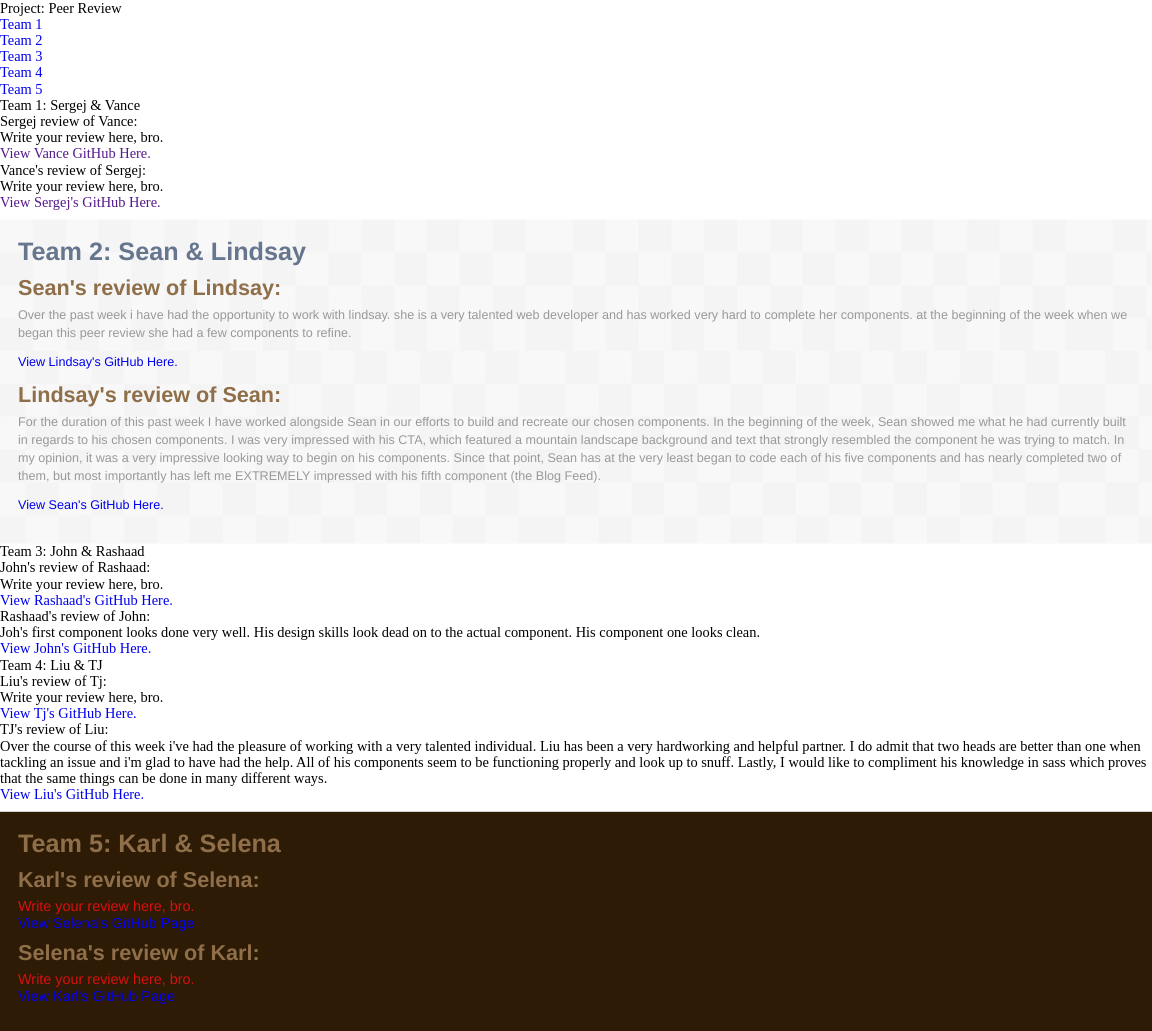
Repository: Smvargas787/WSP-2.5
Page: workspace 2/hello-world.html
The author's editor kept a record of every edit. The page is drawn from the files as they stood at one moment, then again after the next edit.
The browser window is 1280 px wide. The pictures show the whole page, at 90% of full size.
Some web libraries are served in a nearby version.

Above is the page before.

### workspace 2/hello-world.html
<!DOCTYPE html>
<html lang= "en">
	<head>
		<meta charset= "utf-8"/>
		<meta name="viewport" content="width=device-width, initial-scale=1, maximum-scale=1">
		<title>Project: Peer Review</title>

		<link href="css/reset.css" rel="stylesheet" type="text/css" />
		<link href="css/style.css" rel="stylesheet" type="text/css" />
	</head>


	<body>

		<header>
			<h1>Project: Peer Review</h1>
			<nav>
				<ul>
					<li><a href="#" class="link" data-this=".team1" data-last=".page">Team 1</a></li>
					<li><a href="#" class="link" data-this=".team2" data-last=".page">Team 2</a></li>
					<li><a href="#" class="link" data-this=".team3" data-last=".page">Team 3</a></li>
					<li><a href="#" class="link" data-this=".team4" data-last=".page">Team 4</a></li>
					<li><a href="#" class="link" data-this=".team5" data-last=".page">Team 5</a></li>
				</ul>
			</nav>
		</header>


<!-- 	Team 1 -->
		<section class="page team1">
			<h2>Team 1: Sergej & Vance</h2>

			<article>
				<h3>Sergej review of Vance:</h3>
				<p>Write your review here, bro.</p>
				<a href="" target="_blank">View Vance GitHub Here.</a>
			</article>

			<article>
			 	<h3>Vance's review of Sergej:</h3>
				<p>Write your review here, bro.</p>
				<a href="" target="_blank">View Sergej's GitHub Here.</a>
			</article>
        </section>
<!-- End Team 1 -->





<!-- 	Team 2 -->
		<section class="page team2">
			<h2>Team 2: Sean & Lindsay</h2>

			<article>
				<h3>Sean's review of Lindsay:</h3>
				<p>Over the past week i have had the opportunity to work with lindsay. she is a very talented web developer and has worked very hard
				to complete her components. at the beginning of the week when we began this peer review she had a few components to refine.
				</p>
				<a href="http://lindsayhampton.github.io/WSP/" target="_blank">View Lindsay's GitHub Here.</a>
			</article>

			<article>
			 	<h3>Lindsay's review of Sean:</h3>
				<p>For the duration of this past week I have worked alongside Sean in our efforts to build and recreate our chosen components.
				In the beginning of the week, Sean showed me what he had currently built in regards to his chosen components. I was very impressed with his CTA,
				which featured a mountain landscape background and text that strongly resembled the component he was trying to match. In my opinion, it was a
				very impressive looking way to begin on his components. Since that point, Sean has at the very least began to code each of his five components and
				has nearly completed two of them, but most importantly has left me EXTREMELY impressed with his fifth component (the Blog Feed). </p>
				<a href="http://seanedw1.github.io/wsp_edwards_sean/index.html" target="_blank">View Sean's GitHub Here.</a>
			</article>

		</section>
<!-- End Team 2 -->




<!-- 	Team 3 -->
		<section class="page team3">
			<h2>Team 3: John & Rashaad</h2>
			<article>
				<h3>John's review of Rashaad:</h3>
				<p>Write your review here, bro.</p>
				<a href="http://mangenius200.github.io/WSP/wsp_project-master/index.html" target="_blank">View Rashaad's GitHub Here.</a>
			</article>

			<article>
			 	<h3>Rashaad's review of John:</h3>
				<p>Joh's first component looks done very well. His design skills look dead on to the actual component. His component one looks clean.


				</p>
				<a href="http://johnkunkle1987.github.io/Web-Standards-Project/week_1_project/" target="_blank">View John's GitHub Here.</a>
			</article>
		</section>
<!-- End Team 3 -->





<!-- 	Team 4 -->
		<section class="page team4">
			<h2>Team 4: Liu  & TJ</h2>
			<article>
				<h3>Liu's review of Tj:</h3>
				<p>Write your review here, bro.</p>
				<a href="http://fs-timothymccoy.github.io/WSP/ProjectPlanning/index.html" target="_blank">View Tj's GitHub Here.</a>
			</article>

			<article>
			 	<h3>TJ's review of Liu:</h3>
				<p>Over the course of this week i've had the pleasure of working with a very talented individual. Liu has been a very hardworking and helpful partner. I do admit that two heads are better than one when tackling an issue and i'm glad to have had the help. All of his components seem to be functioning properly and look up to snuff. Lastly, I would like to compliment his knowledge in sass which proves that the same things can be done in many different ways.</p>
				<a href="http://maumasi.github.io/WSP_082015/" target="_blank">View Liu's GitHub Here.</a>
			</article>

    	</section>
<!-- End Team 4 -->


<!-- 	Team 5 -->
		<section class="page team5">
			<h2>Team 5: Karl & Selena</h2>
			<article>
				<h3>Karl's review of Selena:</h3>
				<p>Write your review here, bro.</p>
				<a href="http://smvargas787.github.io/WSP-2.5/index.html" target="_blank">View Selena's GitHub Page</a>
			</article>

			<article>
			 	<h3>Selena's review of Karl:</h3>
				<p>Write your review here, bro.</p>
			    <a href="http://kjrohr.github.io/wps_project/blog/index.html" target="_blank">View Karl's GitHub Page</a>
			</article>




		</section>
<!-- End Team 5 -->




<!-- jquery -->
		<script src="https://ajax.googleapis.com/ajax/libs/jquery/1.11.3/jquery.min.js"></script>
	<!--	<script src="js/jquery-1.11.3.min.js"></script> -->
		<script src="js/main.js"></script>

	</body>
</html>

### workspace 2/css/reset.css
/* CSS RESET
====================================================================================================
====================================================================================================
*/



html, body, div, main, span, applet, object, iframe,
h1, h2, h3, h4, h5, h6, p, blockquote, pre,
a, abbr, acronym, address, big, cite, code,
del, dfn, em, img, ins, kbd, q, s, samp,
small, strike, strong, sub, sup, tt, var,
b, u, i, center,
dl, dt, dd, ol, ul, li,
fieldset, form, label, legend, input, textarea,
table, caption, tbody, tfoot, thead, tr, th, td,
article, aside, canvas, details, embed,
figure, figcaption, footer, header, hgroup,
menu, nav, output, ruby, section, summary,
time, mark, audio, video,
::before, ::after {

	margin: 0; padding: 0;
	border: 0;
	font-size: 100%;
	font: inherit;
	vertical-align: baseline;
	text-decoration: none;

	box-sizing: border-box;

}

// HTML5 - Older browser support
// ======================================================================
article, aside, details, figcaption, figure,
footer, header, hgroup, menu, nav, section {
	display: block;
}


// BODY
// ======================================================================
body { line-height: 1; }


// LISTS - Clear bullets
// ======================================================================
ol, ul { list-style: none; }


// QUOTES
// ======================================================================
blockquote, q { quotes: none; }
blockquote:before, blockquote:after,
q:before, q:after {
	content: '';
	content: none;
}

// TABLES
// ======================================================================
table {
	border-collapse: collapse;
	border-spacing: 0;
}

### workspace 2/css/style.css
/* Team 1 ======================================================== */
/* End of Team 1 ================================================= */


/* Team 2 ======================================================== */
.team2
{
  margin-top: 10px;
  background: url("../images/background-team2.jpg");
  color: #999999;
  font-family: Helvetica;
  padding: 20px;
  font-size: 14px;
}


.team2 article a:hover
{
  color: rgba(215,17,17, 0.8);
}

.team2 article a:visited
{
  color: #094978;
}


.team2 h1{
  text-align:center;
}


.team2 h2
{
  margin-bottom: 10px;
  font-size: 28px;
  font-weight: 900;
  color: #65768E;
}

.team2 article h3
{
  margin-bottom: 5px;
  color: #8F6F49;
  font-size: 24px;
  font-weight: 700;
}

.team2 article p
{
  line-height: 20px;
}

.team2 article a
{
  display: block;
  padding: 15px 0;
}


/* End of Team 2 ================================================= */


/* Team 3 ======================================================== */
/* End of Team 3 ================================================= */


/* Team 4 ======================================================== */
/* End of Team 4 ================================================= */


/* Team 5 ======================================================== */
/* Color 1: #2E1B05 Root
   Color 2: #655441 Somber
   Color 3: #8F6F49 Yggdrasil
   Color 4: #094978 Blues Power
   Color 5: #D71111 Pale Red
*/


.team5
{
  margin-top: 10px;
  background: #2E1B05;
  color: #D71111;
  font-family: Helvetica;
  padding: 20px;
}


.team5 article a:hover
{
  color: rgba(215,17,17, 0.8);
}

.team5 article a:visited
{
  color: #094978;
}

.team5 h2
{
  margin-bottom: 10px;
  font-size: 28px;
  font-weight: 900;
  color: #8F6F49;
}

.team5 article h3
{
  margin-bottom: 5px;
  color: #8F6F49;
  font-size: 24px;
  font-weight: 700;
}

.team5 article p
{
  line-height: 20px;
  font-size: 16px;
}

.team5 article a
{
  display: block;
  padding-bottom: 10px;
}


/* End of Team 5 ================================================= */

### workspace 2/js/main.js

//	jquery javaScript
$(function(){

//	make links change "pages"
//================================================================
//	$('.page').css({'display':'none'});



//	nav click events
//================================================================
	$('.link').on('click', function(){

		var linkAction1 = $(this).attr('data-last');
		var linkAction2 = $(this).attr('data-this');

		$(linkAction1).delay().slideUp();
		$(linkAction2).slideDown();

		$('.this-class').css({'display':'none'});
		$('h3').css({'display':'none'});
		//$('input').css({'display':'none'});
	});




});

After the next edit:
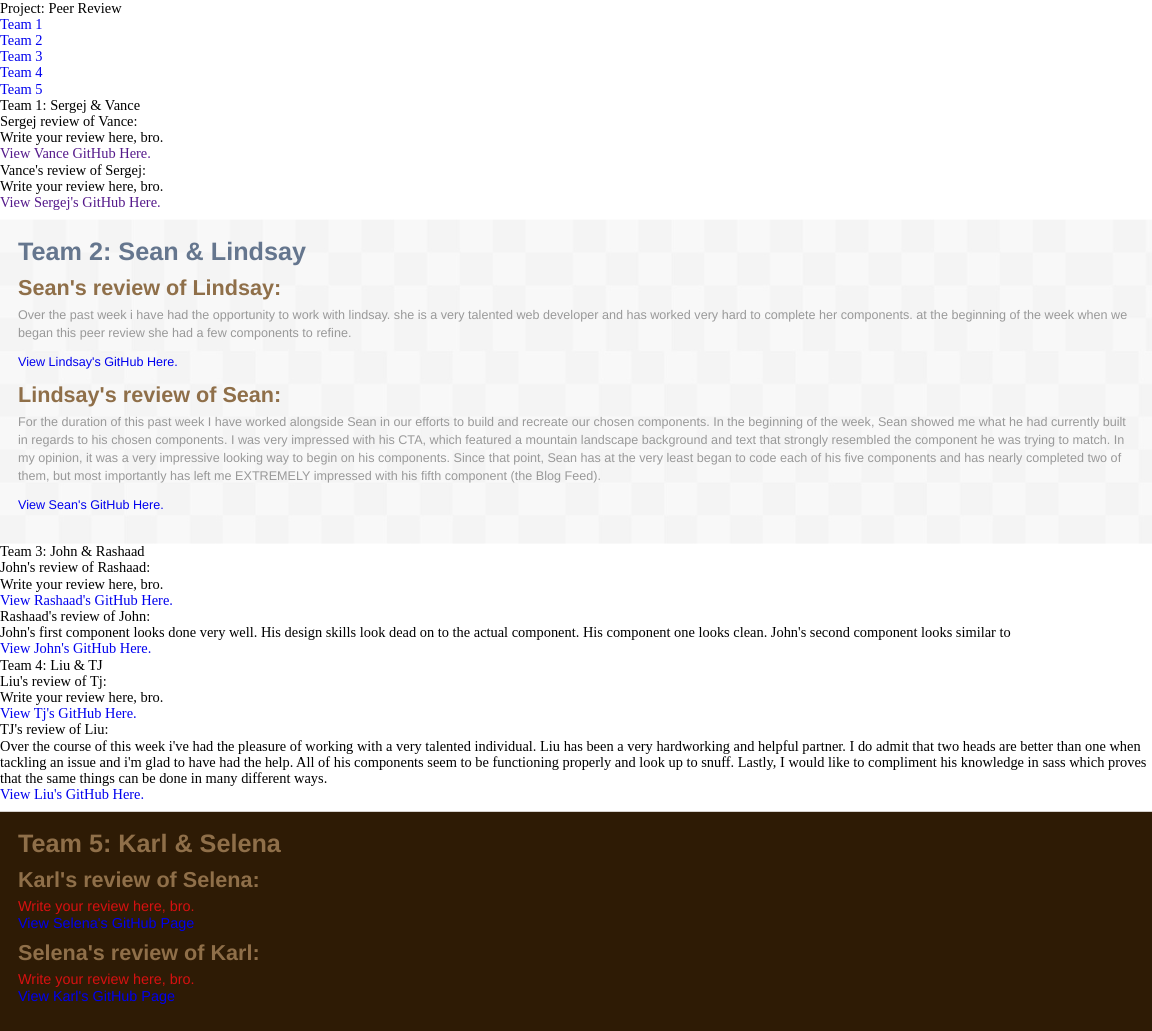
The edit:
--- a/workspace 2/hello-world.html
+++ b/workspace 2/hello-world.html
@@ -87,8 +87,8 @@
 
 			<article>
 			 	<h3>Rashaad's review of John:</h3>
-				<p>Joh's first component looks done very well. His design skills look dead on to the actual component. His component one looks clean.
-
+				<p>John's first component looks done very well. His design skills look dead on to the actual component. His component one looks clean.
+				   John's second component looks similar to
 
 				</p>
 				<a href="http://johnkunkle1987.github.io/Web-Standards-Project/week_1_project/" target="_blank">View John's GitHub Here.</a>
